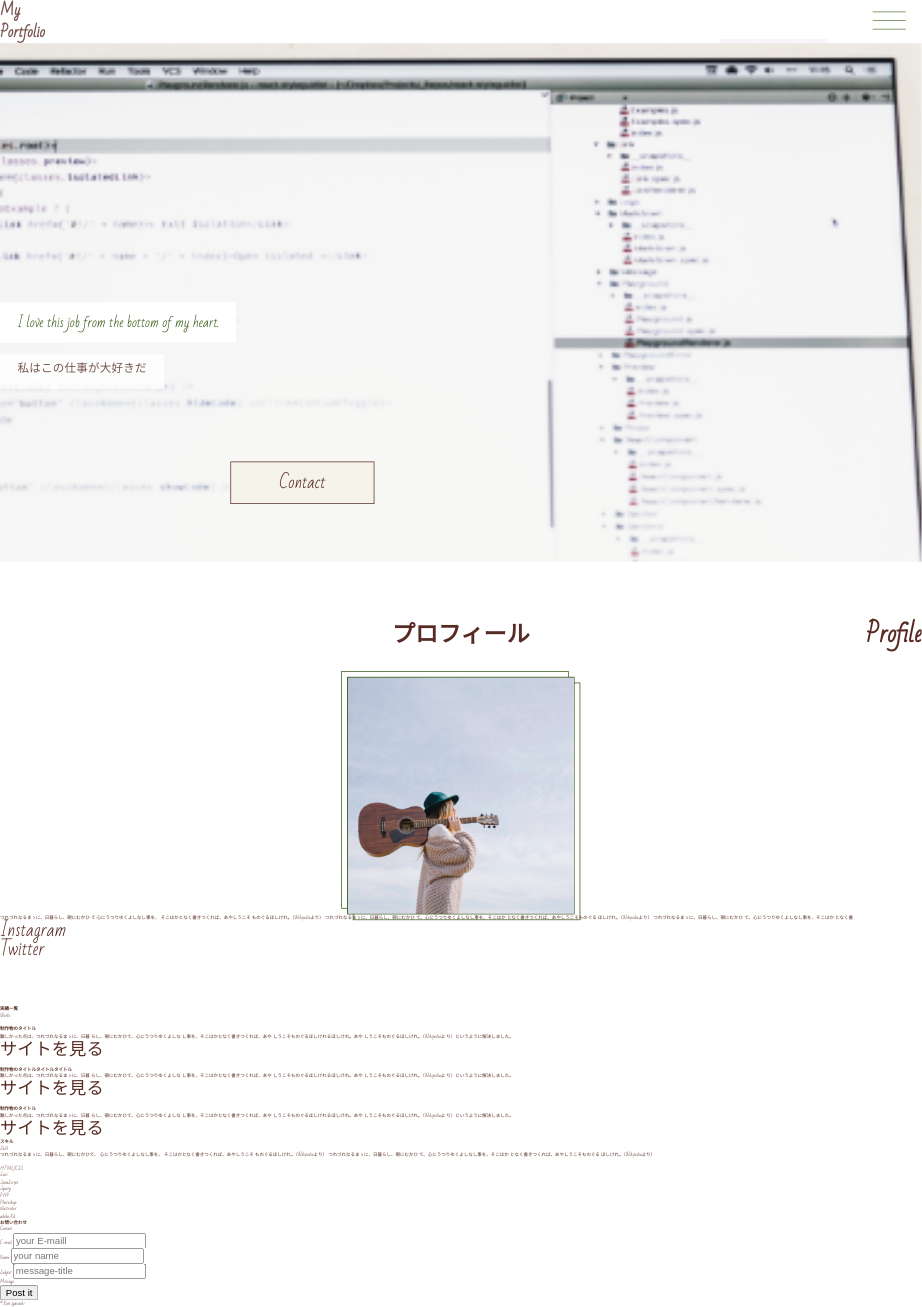
Repository: ppmp556/igarashi.kakuu
Page: index.html
An editor plug-in stored every save of this project. The page is shown before and after the next save, followed by the edit.
The browser window is 1280 px wide. The pictures show the whole page, at 72% of full size.
Some web libraries are served in a nearby version. The style sheet was rebuilt from its Sass, Less or Tailwind sources for each picture, by a compiler version that may differ from the author's.

Above is the page before, as saved 2020-10-25 17:25:38.
Console error: TypeError: Cannot read properties of null (reading 'addEventListener')

### index.html
<!DOCTYPE html>
<html lang="ja">
    <head>
        <meta charset="UTF-8">
        <meta name="viewport" content="width=device-width, initial-scale=1.0, maximum-scale=1.0, minimum-scale=1.0">
        <link rel="stylesheet" href="faundation.css" type="text/css">
        <link rel="stylesheet" href="./css/style.css" type="text/css">
        <link href="https://use.fontawesome.com/releases/v5.6.1/css/all.css" rel="stylesheet">
        <link href="https://fonts.googleapis.com/css?family=Bad+Script" rel="stylesheet">
        <link href="https://fonts.googleapis.com/css?family=Sawarabi+Gothic" rel="stylesheet">
        <link rel="img" href="image">
        <title>架空LP</title>

    </head>
    <body>

        <div class="container">
            <header class="header">
                <h1 class="header_ttl">
                    <a href="index.html" class="header_link">My Portfolio</a><!-- /.header_link -->
                </h1><!-- /.header_ttl -->
                <nav class="nav">
                    <div class="nav_wrapper" id="nav_lists">
                        <!-- ハンバーガーメニュー部分 -->
                        <div class="toggle_btn" id="nav_toggler">
                            <span class="toggle_line __tg1"></span>
                            <span class="toggle_line __tg2"></span>
                            <span class="toggle_line __tg3"></span>
                        </div>
                        <!-- ハンバーガーメニューここまで -->
                    </div>
                    <ul class="nav_list flex">
                        <li class="nav_item">
                            <a href="#" class="nav_link">Profile<span class="nav_sp">プロフィール</a><!-- /.nav_link -->
                        </li><!-- /.nav_item -->
                        <li class="nav_item">
                            <a href="#" class="nav_link">Works<span class="nav_sp">実績一覧</a><!-- /.nav_link -->
                        </li><!-- /.nav_item -->
                        <li class="nav_item">
                            <a href="#" class="nav_link">Skill<span class="nav_sp">スキル</a><!-- /.nav_link -->
                        </li><!-- /.nav_item -->
                        <li class="nav_item">
                            <a href="#" class="nav_link">Contact<span class="nav_sp">お問い合わせ</a><!-- /.nav_link -->
                        </li><!-- /.nav_item -->
                    </ul><!-- /.nav_list -->
                </nav><!-- /.nav -->
            </header><!-- /.header -->
        </div><!-- /.container -->
        <div class="kv">
            <div class="kv_txtbox">
                <p class="kv_txt">I love this job from the bottom of my heart.</p><!-- /.kv_txt -->
                <p class="kv_txt __subtxt">私はこの仕事が大好きだ</p><!-- /.kv_txt -->
            </div><!-- /.kv_txtbox -->
            <div class="contact_box">
                <a href="#" class="contact_link">Contact</a><!-- /.contact_link -->
            </div><!-- /.contact_box -->
        </div><!-- /.kv -->
        <main>
            <div class="inner">

                <section class="prof" id="prof">
                    <div class="section_ttlbox">
                        <h2 class="prof_ttl">プロフィール</h2><!-- /.prof_ttl -->
                        <!-- <span class="prof_sub">Profile</span> -->
                    </div><!-- /.section_ttlbox -->
                    <div class="prof_imgbox">
                        <img src="images/profile/profile.png" alt="#" class="prof_img">
                    </div><!-- /.prof_imgbox -->
                    <p class="prof_txt">
                        つれづれなるまゝに、日暮らし、硯にむかひ
                        て
                        心にうつりゆくよしなし事を、
                        そこはかとなく書きつくれば、あやしうこそ
                        ものぐるほしけれ。（Wikipediaより）
                        つれづれなるまゝに、日暮らし、硯にむかひ
                        て、心にうつりゆくよしなし事を、そこはか
                        となく書きつくれば、あやしうこそものぐる
                        ほしけれ。（Wikipediaより）
                        つれづれなるまゝに、日暮らし、硯にむかひ
                        て、心にうつりゆくよしなし事を、そこはか
                        となく書
                    </p><!-- /.prof_txt -->
                    <div class="section_btnbox">
                        <div class="site_btn">
                            <a href="#" class="site_link">Instagram</a>
                        </div><!-- /.site_btn -->
                        <div class="site_btn">
                            <a href="#" class="site_link">Twitter</a>
                        </div><!-- /.site_btn -->
                    </div><!-- /.section_btnbox -->
                </section><!-- /#prof.prof -->


                <section class="work" id="work">
                    <div class="section_ttlbox">
                        <h2 class="work_ttl">実績一覧</h2><!-- /.work_ttl -->
                        <span class="work_sub">Works</span>
                    </div><!-- /.section_ttlbox -->

                    <div class="work_imgbox">
                        <ul class="work_list">
                            <li class="work_item">
                                <img src="" alt="" class="work_img">
                                <h3 class="work_ttl">制作物のタイトル</h3><!-- /.work_txt -->
                                <p class="work_txt">
                                    難しかった点は、つれづれなるまゝに、日暮
                                    らし、硯にむかひて、心にうつりゆくよしな
                                    し事を、そこはかとなく書きつくれば、あや
                                    しうこそものぐるほしけれるほしけれ。あや
                                    しうこそものぐるほしけれ。（Wikipediaよ
                                    り）というように解決しました。
                                </p><!-- /.work_txt -->
                                <div class="site_btn">
                                    <a href="#" class="site_link">サイトを見る</a>
                                </div><!-- /.site_btn -->
                            </li><!-- /.work_item -->
                            <li class="work_item">
                                <img src="" alt="" class="work_img">
                                <h3 class="work_ttl">制作物のタイトルタイトルタイトル</h3><!-- /.work_txt -->
                                <p class="work_txt">
                                    難しかった点は、つれづれなるまゝに、日暮
                                    らし、硯にむかひて、心にうつりゆくよしな
                                    し事を、そこはかとなく書きつくれば、あや
                                    しうこそものぐるほしけれるほしけれ。あや
                                    しうこそものぐるほしけれ。（Wikipediaよ
                                    り）というように解決しました。
                                </p><!-- /.work_txt -->
                                <div class="site_btn">
                                    <a href="#" class="site_link">サイトを見る</a>
                                </div><!-- /.site_btn -->
                            </li><!-- /.work_item -->
                            <li class="work_item">
                                <img src="" alt="" class="work_img">
                                <h3 class="work_ttl">制作物のタイトル</h3><!-- /.work_txt -->
                                <p class="work_txt">
                                    難しかった点は、つれづれなるまゝに、日暮
                                    らし、硯にむかひて、心にうつりゆくよしな
                                    し事を、そこはかとなく書きつくれば、あや
                                    しうこそものぐるほしけれるほしけれ。あや
                                    しうこそものぐるほしけれ。（Wikipediaよ
                                    り）というように解決しました。
                                </p><!-- /.work_txt -->
                                <div class="site_btn">
                                    <a href="#" class="site_link">サイトを見る</a>
                                </div><!-- /.site_btn -->
                            </li><!-- /.work_item -->
                        </ul><!-- /.work_list -->
                    </div><!-- /.work_imgbox -->
                </section><!-- /#work.work -->

                <section class="skii" id="skill">
                    <div class="section_ttlbox">
                        <h2 class="skill_ttl">スキル</h2><!-- /.skill_ttl -->
                        <span class="skill_sub">Skill</span>
                    </div><!-- /.section_ttlbox -->
                    <div class="skill_txtbox">
                        <p class="skill_txt">
                            つれづれなるまゝに、日暮らし、硯にむかひて、
                            心にうつりゆくよしなし事を、
                            そこはかとなく書きつくれば、あやしうこそ
                            ものぐるほしけれ。（Wikipediaより）
                            つれづれなるまゝに、日暮らし、硯にむかひ
                            て、心にうつりゆくよしなし事を、そこはか
                            となく書きつくれば、あやしうこそものぐる
                            ほしけれ。（Wikipediaより）
                        </p><!-- /.skill_txt -->
                    </div><!-- /.skill_txtbox -->
                    <div class="skill_listbox">
                        <div class="skill_imgbox">
                            <img src="" alt="" class="skill_img">
                        </div><!-- /.skill_imgbox -->
                        <ul class="skill_list">
                            <li class="skill_item">HTML/CSS</li><!-- /.skill_item -->
                            <li class="skill_item">Sass</li><!-- /.skill_item -->
                            <li class="skill_item">JavaScript</li><!-- /.skill_item -->
                            <li class="skill_item">Jquery</li><!-- /.skill_item -->
                            <li class="skill_item">PHP</li><!-- /.skill_item -->
                            <li class="skill_item">Photoshop</li><!-- /.skill_item -->
                            <li class="skill_item">illustrator</li><!-- /.skill_item -->
                            <li class="skill_item">adobe Xd</li><!-- /.skill_item -->
                        </ul><!-- /.skill_list -->
                    </div><!-- /.skill_listbox -->
                </section><!-- /#skill.skii -->

                <section class="contact" id="contact">
                    <div class="section_ttlbox">
                        <h2 class="contact_ttl">お問い合わせ</h2><!-- /.contact_ttl -->
                        <span class="contact_sub">Contact</span>
                    </div><!-- /.section_ttlbox -->
                    <form action="#" class="ly-form">
                        <div class="form ord1">
                            <div class="form2">

                                <label for="email" class="formTitle u-formTxt">E-mail</label>
                                <input type="email" class="formBox" name="your-E-mail" placeholder="your E-maill">
                            </div>
                        </div>
                        <div class="form ord2">
                            <div class="form2">
                                    <label for="name" class="formTitle u-formTxt">Name</label>
                                    <input type="text" class="formBox" name="your name" placeholder="your name">

                            </div>
                        </div>
                        <div class="form ord3">
                            <div class="form2">
                                <label for="subject" class="formTitle u-formTxt">Subject</label>
                                <input type="subject" class="formBox" name="message-title" placeholder="message-title">
                            </div>
                        </div>
                        <div class="form ord4">
                            <div class="form2">
                                <label for="message" class="formTitle u-formTxt">Message</label>
                                <textare name="contents" class="area" name="contents" placeholder="contents" rows="4" cols="40"></textare>
                            </div>
                        </div>
                        <div class="inputWrap btnhv u-send">
                            <input type="submit" value="Post it" class="sendBtn">
                        </div>
                    </form>
                </section><!-- /#contact.contact -->
            </div><!-- /.inner -->

        </main>


        <footer class="footer">
            <div class="footer_sharbox">
                <ul class="footer_sharalist">
                    <li class="footer_item"></li><!-- /.footer_item -->
                    <li class="footer_item"></li><!-- /.footer_item -->
                    <li class="footer_item"></li><!-- /.footer_item -->
                </ul><!-- /.footer_sharalist -->
            </div><!-- /.footer_sharbox -->
            <small class="footer_txt">&copy; Ruri igarashi</small>
        </footer><!-- /.footer -->


        <script type="text/javascript" src="menu.js"></script>
        <script src="https://code.jquery.com/jquery-3.4.1.js" integrity="sha256-WpOohJOqMqqyKL9FccASB9O0KwACQJpFTUBLTYOVvVU=" crossorigin="anonymous"></script>

    </body>
</html>

### faundation.css

html,
body,
div,
span,
object,
iframe,
h1,
h2,
h3,
h4,
h5,
h6,
p,
blockquote,
pre,
abbr,
address,
cite,
code,
del,
dfn,
em,
img,
ins,
kbd,
q,
samp,
small,
strong,
sub,
sup,
var,
b,
i,
dl,
dt,
dd,
ol,
ul,
li,
fieldset,
form,
label,
legend,
table,
caption,
tbody,
tfoot,
thead,
tr,
th,
td,
article,
aside,
canvas,
details,
figcaption,
figure,
footer,
header,
hgroup,
menu,
nav,
section,
summary,
time,
mark,
audio,
video {
  margin: 0;
  padding: 0;
  border: 0;
  outline: 0;
  font-size: 100%;
  vertical-align: baseline;
  background: transparent;
}

body {
  line-height: 1.5;
}

article,
aside,
details,
figcaption,
figure,
footer,
header,
hgroup,
menu,
nav,
section {
  display: block;
}

ul,
ol {
  list-style: none;
}

table {
  border-collapse: collapse;
  border-spacing: 0;
}

a {
  color: inherit;
  text-decoration: none;
}

img {
  width: 100%;
  max-width: 100%;
  height: auto;
  vertical-align: bottom;
}

### menu.js
const body = document.body;

const toggler = document.getElementById('navToggler');
//#navToggleを取得し、togglerに格納


const navList = document.getElementById('js-nav');
const navList2 = document.getElementById('js-nav2');
//#navListsを取得し、navListに格納


toggler.addEventListener('click', function() {
    //togglerクリックされたら、
    body.classList.toggle('clicked');

});
navList.addEventListener('click', function(){


    body.classList.remove('clicked');
});
navList2.addEventListener('click', function(){


    body.classList.remove('clicked');
});

### scss/style.scss
@charset "UTF-8";

$cColor: #572B23;
$cBgColor: #f6f3eb;
$cGreen: #315611;
$cwhite: #ffffff;
$cGray: #f9f9f9;


html {
    font-size: 62.5%;
    overflow: auto;


}

body {
    color: $cColor;
    background-color: $cwhite;
    font-family: "Bad Script","Sawarabi Gothic";
    font-size: 62.5%;
    margin: 0 auto;
    overflow: hidden;
    width: 100%;
    height: auto;

}

*, *::before, *::after {
    box-sizing: border-box;
}

a:link, a:visited, a:hover, a:active {
    /*テキストデフォルト下線外し*/
    text-decoration: none;
    /* color: #ffffff; */
}




.container {
    overflow: hidden;
}


.flex {
    display: flex;
    justify-content: flex-start;
}

.inner {
    min-width: 336px;
    width: 100%;
    margin: 0 auto;
}


.site_btn {
    display: flex;
    width: 200px;
    font-size: 2.4rem;
    color: #572B23;
    line-height: 27px;
}

.site_link {
    width: 100%;
    height: 100%;
    display: block;
    margin: auto;
}

/****************

header

*************/

.header {
    display: flex;
    z-index: 5;
    width: 100%;
    height: 100%;
    background-color: $cwhite;
    opacity: .8;

    &_ttl {
        font-size: 2.0rem;
    font-family: "Bad Script";
    opacity: 1;
    color: $cColor;
    }
}

// nav

.nav {
    width: 100%;
    line-height: 20px;
    display: flex;
    justify-content: center;
    align-items: center;


    /* ハンバーガーメニュー */
    &_list {
        position: absolute;
        display: block;
        top: 54px;
        /* left: 377px; */
        left: 1000px;
        overflow: hidden;
        width: 15rem;
        max-height: auto;
        cursor: pointer;

        overflow-y: auto;/*縦方向の表示*/

        display: flex;
        flex-direction: column;
        transition: opacity .8s ease, visibility .6s ease;
        color: #572B23;

        background-color: #F6F3FB;
        visibility: .6s ease;
        opacity: 1;

        &.clicked {
            left: 114px;
            visibility: visible;
            opacity: 0.9;
            width: 262px;
            top: 0;
            /* height: 667px; */
            height: 100vh;
            background-color: #f6f3f8;
            position: absolute;
            display: flex;
            align-items: center;
            justify-content: center;

        }
    }

    &_item {
        padding: 2px 0;
        font-size: 2rem;
        color: #572B23;
        position: relative;

        transition: transform 6s ease, opacity .2s ease;

        &:nth-child(1) {
        transform: translateX(200px);

        transition: transform .6s ease, opacity .2s ease;

        }

        &:nth-child(2) {
        transition-delay: .15s;

        }
        &:nth-child(3) {
        transition-delay: .3s;

        }

        &:nth-child(4) {
        transition-delay: .45s;

        }

        &:nth-child(5) {
        transition-delay: .6s;

        }

        &::after {
        position: absolute;
        bottom: -4px;
        left: 0;
        content: '';
        width: 100%;
        height: 2px;
        background: #572B23;
        transform: scale(0, 1);
        transform-origin: left top;
        transition: transform .3s;
        }

        &:hover::after {
        transform: scale(1, 1);
        }

    }







    &_link {
        width: 100%;
        display: block;
        color: #572B23;
    font-size: 2.4rem;
    display: flex;
    align-items: center;
    flex-direction: column;
    justify-content: center;
    }


}




.clicked .navList .navItem {
    transform: translateX(0px);
}







.toggle_btn {

    z-index: 2000;
    position: absolute;
    top: 0;
    width: 45.25px;
    /* height: 24px; */
    height: 55px;
    right: 16.19px;
    cursor: pointer;
    transition: all .30s ease-in-out;/*0.3秒かけて変化*/
}

.toggle_line {
    display: block;
    position: absolute;
    z-index: 2100;
    right: 6.3px;
    top: 14px;
    width: 100%;
    height: 1px;
    background-color: #315611;
    transition: all 0.3s;
}


.__tg1 {
    top: 16.19px;

    &.clicked {
        transform: translateY(12px) rotate(-315deg);
    }
}
.__tg2 {
    top: 28.19px;
    &.clicked {
        opacity: 0;
    }
}
.__tg3 {
    top: 40.19px;
    &.clicked {
        transform: translateY(-11px) rotate(315deg);
    }
}


/****************

kv

*************/

.kv {
    background: url(/images/top-image/top-image.png) center / cover no-repeat;
    background-position-y: 50%;
    height: 100vh;
    width: 100%;
    // display: flex;

    position: relative;

    &_txtbox {
        position: absolute;
        top: 50%;

    }

    &_txt {
        margin: auto;
        text-align: center;
        font-size: 1.8rem;
        color: $cGreen;
        padding: 10px 24px;
        background-color: $cwhite;
        opacity: 1;
        margin-bottom: 16px;
        line-height: 2;
    }

}


.__subtxt {
    font-size: 1.6rem;
    padding: 13px 24px;
    color: $cColor;
    opacity: 0.8;
    letter-spacing: 0.32px;
    width: 228px;
    height: 48px;
    line-height: .84;
    display: inline-block;
    margin-right: auto;
}


.contact_box {
    display: block;
    position: absolute;
    bottom: 80px;
    left: 25%;
    margin: 0 auto;
    width: 20rem;
    line-height: 45px;
    // margin-top: auto;

    opacity: 1;
    border: 1px solid $cColor;
    text-align: center;
    background-color: $cBgColor;
    font-size: 2.3rem;
    font-family: "bad script";
    color: $cColor;

}


.contact_link {
    padding: 6px 66px;
    display: block;
    width: 100%;
    // height: 100%;
    text-align: center;

}

/****************

profile

*************/

.prof {
    padding: 0 0 64px;

    .section_ttlbox {
        padding: 88px 0 45px;
        display: block;
        text-align: center;
        margin: 0 auto;
    }

    &_ttl {
        position: relative;
        display: block;
        font-size: 3.2rem;
        color: $cColor;
        line-height: 0.84;
        margin: 0 auto;

        &::before {
            display: block;
            content: 'Profile';
            position: absolute;
            top: 0;
            right: 0;
            z-index: -1;
        }


    }

    &_imgbox {
        position: relative;
        width: 316px;
        height: 330px;
        z-index: 90;
        left: 50%;
        transform: translateX(-50%);

        &::after {
            content: '';
            position: absolute;
            border: 1px solid #315611;
            width: 316px;
            height: 330px;
            z-index: -99;
            opacity: 1;
            left: 8px;
            top: 8px;

        }

        &::before{
            content: '';
            position: absolute;
            border: 1px solid #315611;
            width: 316px;
            height: 330px;
            z-index: -99;
            opacity: 1;
            left: -8px;
            top: -8px;

        }
    }

    &_img {
        width: 100%;
        height: 100%;
        display: block;
    }



}


.ly-profWrapper {
  position: absolute;
  top: 668px;
  width: 375px;
  height: 1054px;
}
.ly-profBox {
  display: flex;
  justify-content: center;
  align-items: center;
  height: 942px;
}
.profImages {


    top: 165px;
    left: 28px;
    z-index: -90;
}

.hideBox1 {


}
.hideBox2 {
    border: 1px solid #315611;
    width: 316px;
    height: 330px;
    z-index: -98;
    opacity: 1;
    position: absolute;
    left: 36px;
    top: 173px;

}
.profContent {
    position: absolute;
    text-align: left;
    top: 535px;
    left: 20px;

    width: 336px;
    height: auto;
}


.profBtn {
    position: relative;
    display: flex;
    justify-content: space-around;
    top: -4px;

}

.contactBtn {
    justify-content: space-between;
    border: 1px solid #315611;
    background: #ffffff;
    width: 16rem;
    height: 4.8rem;
    position: relative;
}


.u-boxImg {
    right: -143px;
    top: -424px;
    z-index: -101;
}

.u-prof {
    font-size: 1.6rem;
    letter-spacing: 0.32px;
    line-height: 2;
    font-family: "Sawarabi Gothic";
}
.u-Btn {
    font-family:"Bad Script";
    font-size: 2.4rem;

}

After the next save:
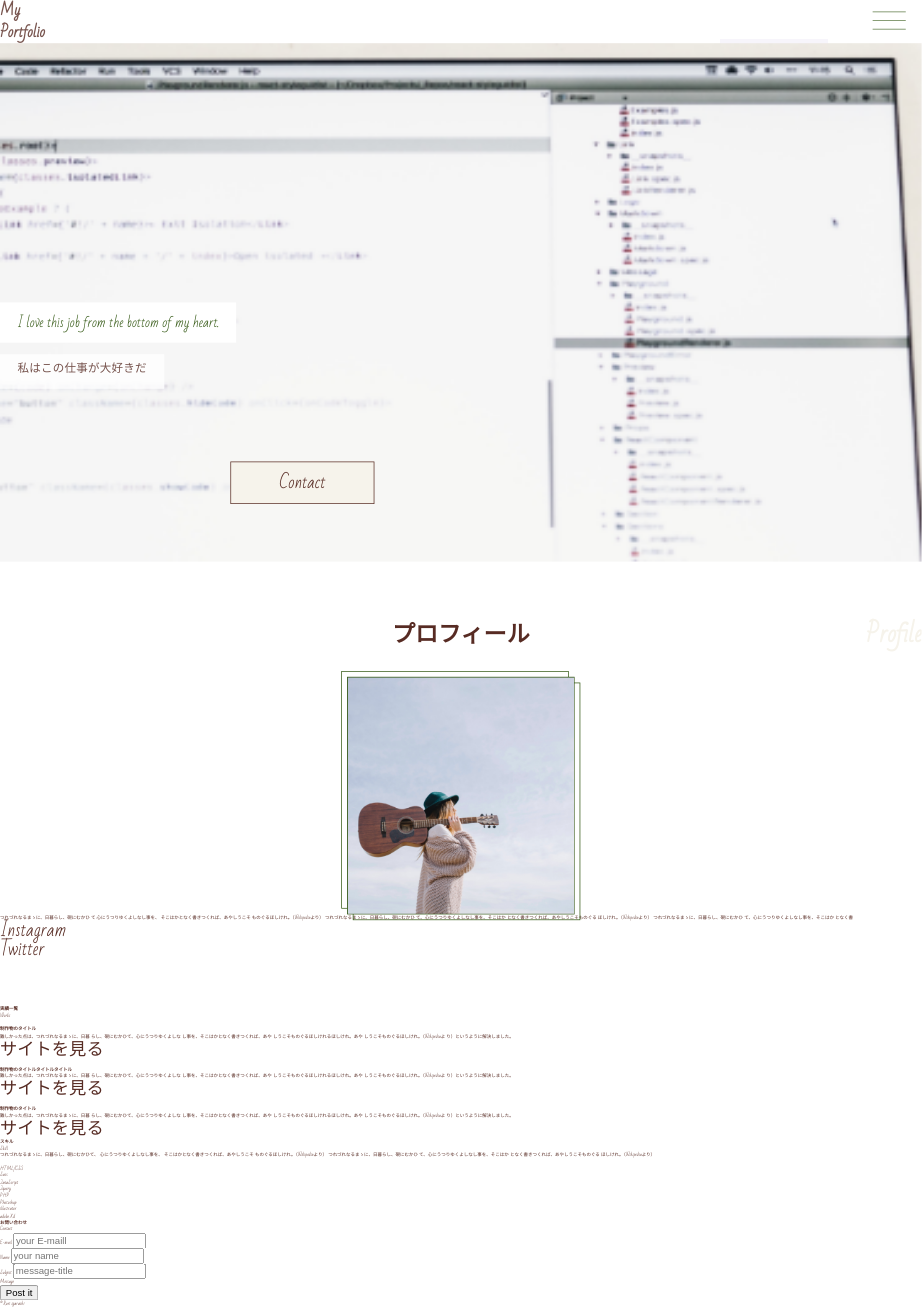
Saved 2 min 3 s later.
--- a/scss/style.scss
+++ b/scss/style.scss
@@ -387,6 +387,7 @@
             top: 0;
             right: 0;
             z-index: -1;
+            color: $cBgColor;
         }
 
 
@@ -403,7 +404,7 @@
         &::after {
             content: '';
             position: absolute;
-            border: 1px solid #315611;
+            border: 1px solid $cGreen;
             width: 316px;
             height: 330px;
             z-index: -99;
@@ -416,7 +417,7 @@
         &::before{
             content: '';
             position: absolute;
-            border: 1px solid #315611;
+            border: 1px solid $cGreen;
             width: 316px;
             height: 330px;
             z-index: -99;
@@ -458,21 +459,7 @@
     z-index: -90;
 }
 
-.hideBox1 {
-
-
-}
-.hideBox2 {
-    border: 1px solid #315611;
-    width: 316px;
-    height: 330px;
-    z-index: -98;
-    opacity: 1;
-    position: absolute;
-    left: 36px;
-    top: 173px;
-
-}
+
 .profContent {
     position: absolute;
     text-align: left;
@@ -502,11 +489,7 @@
 }
 
 
-.u-boxImg {
-    right: -143px;
-    top: -424px;
-    z-index: -101;
-}
+
 
 .u-prof {
     font-size: 1.6rem;
